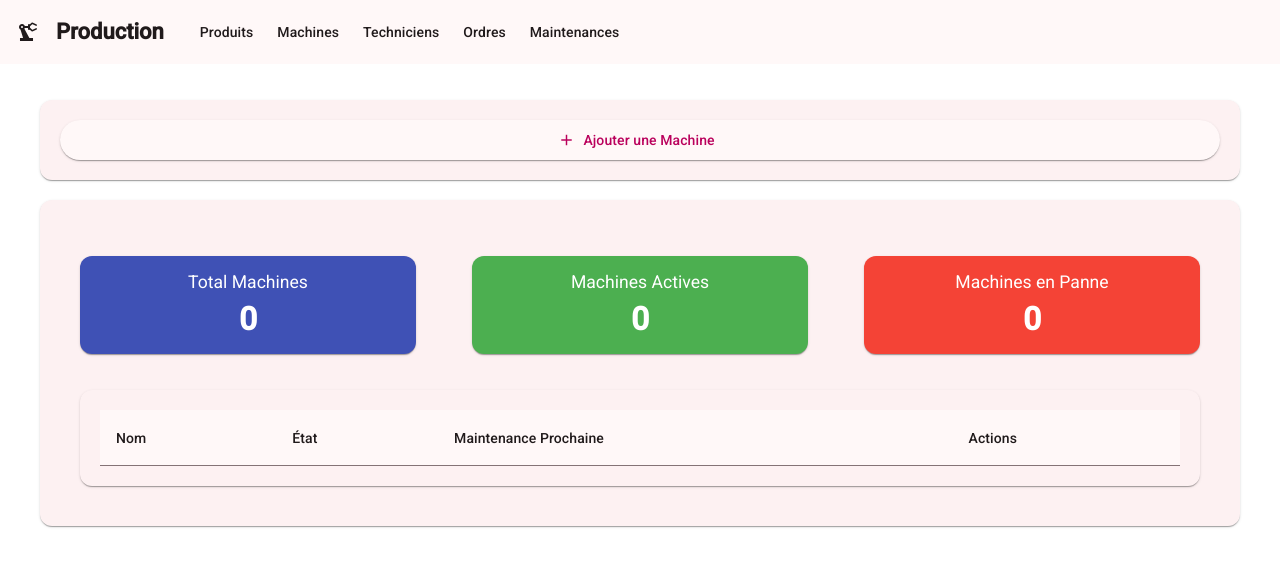
Repository: hadilXattia/Gestion_Production
Page: /machines (app in frontend-production/)
The author's editor kept a copy of each file at every save. The page is drawn from the files as they stood at one save, then again after the next save.
The browser window is 1280 px wide. The pictures show the whole page.
The page's requests for data from a server got no answer. The project was rebuilt for these pictures with package versions that can differ from the ones it lists, and the page was loaded fresh each time. No one was signed in, and anything a server would have sent is missing. Also part of the build but not shown: frontend-production/angular.json, frontend-production/src/app/components/produit/produit.component.ts, frontend-production/src/app/services/produit.service.ts, frontend-production/src/app/components/produit/ajouter-produit-dialog.component.ts, frontend-production/src/app/components/produit/produit-detail-dialog.component.ts, frontend-production/src/app/components/machine/ajouter-machine-dialog.component.ts, frontend-production/src/app/components/machine/machine-detail-dialog.component.ts, frontend-production/src/app/components/technicien/technicien.component.ts and 11 more.

Above is the page before, as saved 2025-05-11 18:53:31.

### frontend-production/src/index.html
<!doctype html>
<html lang="en">
<head>
  <meta charset="utf-8">
  <title>FrontendProduction</title>
  <base href="/">
  <meta name="viewport" content="width=device-width, initial-scale=1">
  <link rel="icon" type="image/x-icon" href="favicon.ico">
  <link href="https://fonts.googleapis.com/css2?family=Roboto:wght@300;400;500&display=swap" rel="stylesheet">
  <link href="https://fonts.googleapis.com/icon?family=Material+Icons" rel="stylesheet">
</head>
<body class="mat-typography">
  <app-root></app-root>
</body>
</html>

### frontend-production/src/main.ts
import { bootstrapApplication } from '@angular/platform-browser';
import { AppComponent } from './app/app.component';
import { provideHttpClient } from '@angular/common/http';
import { importProvidersFrom } from '@angular/core';
import { FormsModule } from '@angular/forms';
import { provideRouter } from '@angular/router';
import { routes } from './app/app.routes';

bootstrapApplication(AppComponent, {
  providers: [
    provideHttpClient(),
    importProvidersFrom(FormsModule),
    provideRouter(routes)
  ]
});

### frontend-production/src/app/app.component.ts
import { Component } from '@angular/core';
import { RouterOutlet } from '@angular/router';
import { NavbarComponent } from './components/navbar/navbar.component';

@Component({
  selector: 'app-root',
  standalone: true,
  imports: [NavbarComponent, RouterOutlet],
  template: `
    <app-navbar></app-navbar>
    <div style="padding: 20px">
      <router-outlet></router-outlet>
    </div>
  `
})
export class AppComponent {}

### frontend-production/src/app/app.routes.ts
import { Routes } from '@angular/router';
import { ProduitComponent } from './components/produit/produit.component';
import { MachineComponent } from './components/machine/machine.component';
import { TechnicienComponent } from './components/technicien/technicien.component';
import { OrdreFabricationComponent } from './components/ordre-fabrication/ordre-fabrication.component';
import { MaintenanceComponent } from './components/maintenance/maintenance.component';

export const routes: Routes = [
  { path: 'produits', component: ProduitComponent },
  { path: 'machines', component: MachineComponent },
  { path: 'techniciens', component: TechnicienComponent },
  { path: 'ordres', component: OrdreFabricationComponent },
  { path: 'maintenances', component: MaintenanceComponent },
  { path: '', redirectTo: 'produits', pathMatch: 'full' },
  { path: '**', redirectTo: 'produits' }
];

### frontend-production/src/app/components/navbar/navbar.component.ts
import { Component } from '@angular/core';
import { RouterModule } from '@angular/router';
import { CommonModule } from '@angular/common';
import { MatToolbarModule } from '@angular/material/toolbar';
import { MatButtonModule } from '@angular/material/button';
import { MatIconModule } from '@angular/material/icon';

@Component({
  selector: 'app-navbar',
  standalone: true,
  imports: [CommonModule, RouterModule, MatToolbarModule, MatButtonModule, MatIconModule],
  template: `
    <mat-toolbar color="primary">
      <mat-icon style="margin-right: 16px;">precision_manufacturing</mat-icon>
      <span style="margin-right: 24px; font-weight: bold;">Production</span>

      <button mat-button routerLink="/produits">Produits</button>
      <button mat-button routerLink="/machines">Machines</button>
      <button mat-button routerLink="/techniciens">Techniciens</button>
      <button mat-button routerLink="/ordres">Ordres</button>
      <button mat-button routerLink="/maintenances">Maintenances</button>
    </mat-toolbar>
  `
})
export class NavbarComponent {}

### frontend-production/src/app/components/machine/machine.component.ts
import { Component, OnInit } from '@angular/core';
import { MachineService } from '../../services/machine.service';
import { MatDialog } from '@angular/material/dialog';
import { AjouterMachineDialogComponent } from './ajouter-machine-dialog.component';

import { CommonModule } from '@angular/common';
import { FormsModule } from '@angular/forms';
import { MatTableModule } from '@angular/material/table';
import { MatButtonModule } from '@angular/material/button';
import { MatFormFieldModule } from '@angular/material/form-field';
import { MatInputModule } from '@angular/material/input';
import { MatCardModule } from '@angular/material/card';
import { MatIconModule } from '@angular/material/icon';
import { MatDialogModule } from '@angular/material/dialog';
import { NgFor } from '@angular/common';
import { MachineDetailDialogComponent } from './machine-detail-dialog.component';

@Component({
  selector: 'app-machine',
  standalone: true,
  imports: [
    CommonModule,
    FormsModule,
    NgFor,
    MatTableModule,
    MatButtonModule,
    MatFormFieldModule,
    MatInputModule,
    MatCardModule,
    MatIconModule,
    MatDialogModule,

  ],
  templateUrl: './machine.component.html',
  styleUrl: './machine.component.css'
})
export class MachineComponent implements OnInit {
  machines: any[] = [];

  constructor(
    private machineService: MachineService,
    private dialog: MatDialog
  ) {}

  ngOnInit() {
    this.loadMachines();
  }

  loadMachines() {
    this.machineService.getMachines().subscribe(data => {
      this.machines = data;
    });
  }

  get totalMachines(): number {
    return this.machines.length;
  }

  get machinesEnPanne(): number {
    return this.machines.filter(m => m.etat.toLowerCase() === 'en panne').length;
  }

  get machinesActives(): number {
    return this.machines.filter(m => m.etat.toLowerCase() === 'active').length;
  }

  openAjouterMachineDialog() {
    const dialogRef = this.dialog.open(AjouterMachineDialogComponent, {
      width: '400px'
    });

    dialogRef.afterClosed().subscribe(result => {
      if (result) {
        this.machineService.createMachine(result).subscribe(() => {
          this.loadMachines();
        });
      }
    });
  }

  openMachineDetailDialog(machine: any) {
    this.dialog.open(MachineDetailDialogComponent, {
      width: '400px',
      data: machine
    });
  }

  deleteMachine(id: number) {
    this.machineService.deleteMachine(id).subscribe(() => {
      this.loadMachines();
    });
  }
}

### frontend-production/src/app/components/machine/machine.component.html
<!-- Add Machine Button -->
<mat-card class="mt-4">
  <button mat-raised-button color="primary" (click)="openAjouterMachineDialog()">
    <mat-icon>add</mat-icon> Ajouter une Machine
  </button>
</mat-card>
<mat-card class="mt-4">
<div class="stat-container mt-4">
  <mat-card class="stat-card total">
    <div class="stat-title">Total Machines</div>
    <div class="stat-value">{{ totalMachines }}</div>
  </mat-card>

  <mat-card class="stat-card active">
    <div class="stat-title">Machines Actives</div>
    <div class="stat-value">{{ machinesActives }}</div>
  </mat-card>

  <mat-card class="stat-card panne">
    <div class="stat-title">Machines en Panne</div>
    <div class="stat-value">{{ machinesEnPanne }}</div>
  </mat-card>
</div>

<!-- OPTIONAL: Chart (pie) -->

<!-- Machine Table -->
<mat-card class="mt-4">
  <table mat-table [dataSource]="machines" class="mat-elevation-z8" style="width: 100%;">

    <!-- Nom Column -->
    <ng-container matColumnDef="nom">
      <th mat-header-cell *matHeaderCellDef> Nom </th>
      <td mat-cell *matCellDef="let machine"> {{ machine.nom }} </td>
    </ng-container>

    <!-- État Column -->
    <ng-container matColumnDef="etat">
      <th mat-header-cell *matHeaderCellDef> État </th>
      <td mat-cell *matCellDef="let machine"> {{ machine.etat }} </td>
    </ng-container>

<!-- Maintenance Column -->
<ng-container matColumnDef="maintenanceProchaine">
  <th mat-header-cell *matHeaderCellDef> Maintenance Prochaine </th>
<td mat-cell *matCellDef="let machine">
  {{ machine.maintenanceProchaine ? (machine.maintenanceProchaine | date:'yyyy-MM-dd') : 'Non planifiée' }}
</td></ng-container>

    <!-- Actions Column -->
    <ng-container matColumnDef="actions">
      <th mat-header-cell *matHeaderCellDef> Actions </th>
      <td mat-cell *matCellDef="let machine">
        <button mat-icon-button color="accent" (click)="openMachineDetailDialog(machine)">
          <mat-icon>info</mat-icon>
        </button>
        <button mat-icon-button color="warn" (click)="deleteMachine(machine.id)">
          <mat-icon>delete</mat-icon>
        </button>
      </td>
    </ng-container>

    <tr mat-header-row *matHeaderRowDef="['nom', 'etat', 'maintenanceProchaine', 'actions']"></tr>
    <tr mat-row *matRowDef="let row; columns: ['nom', 'etat', 'maintenanceProchaine', 'actions'];"></tr>

  </table>
</mat-card>

### frontend-production/src/app/components/machine/machine.component.css
.full-width {
  width: 100%;
}

.form-container {
  display: flex;
  flex-direction: column;
  gap: 15px;
}

mat-card {
  margin: 20px;
  padding: 20px;
}
.mt-4 {
  margin-top: 1rem;
}
.stat-container {
  display: flex;
  gap: 1rem;
  justify-content: space-between;
  flex-wrap: wrap;
}

.stat-card {
  flex: 1;
  min-width: 200px;
  text-align: center;
  padding: 1rem;
  border-radius: 12px;
  color: white;
}

.stat-card.total {
  background-color: #3f51b5;
}
.stat-card.active {
  background-color: #4caf50;
}
.stat-card.panne {
  background-color: #f44336;
}

.stat-title {
  font-size: 1.1rem;
  margin-bottom: 0.5rem;
}

.stat-value {
  font-size: 2rem;
  font-weight: bold;
}

### frontend-production/src/app/services/machine.service.ts
import { Injectable } from '@angular/core';
import { HttpClient } from '@angular/common/http';
import { Observable } from 'rxjs';

export interface Machine {
  id?: number;
  nom: string;
  etat: string;
  maintenanceProchaine: string; // ISO date string
}

@Injectable({
  providedIn: 'root'
})
export class MachineService {
  private apiUrl = 'http://localhost:8080/api/machines';

  constructor(private http: HttpClient) {}

  getMachines(): Observable<Machine[]> {
    return this.http.get<Machine[]>(this.apiUrl);
  }

  createMachine(machine: Machine): Observable<Machine> {
    return this.http.post<Machine>(this.apiUrl, machine);
  }

  updateMachine(id: number, machine: Machine): Observable<Machine> {
    return this.http.put<Machine>(`${this.apiUrl}/${id}`, machine);
  }

  deleteMachine(id: number): Observable<void> {
    return this.http.delete<void>(`${this.apiUrl}/${id}`);
  }
}

Loaded but not shown: frontend-production/src/styles.css (common file)

After the next save:
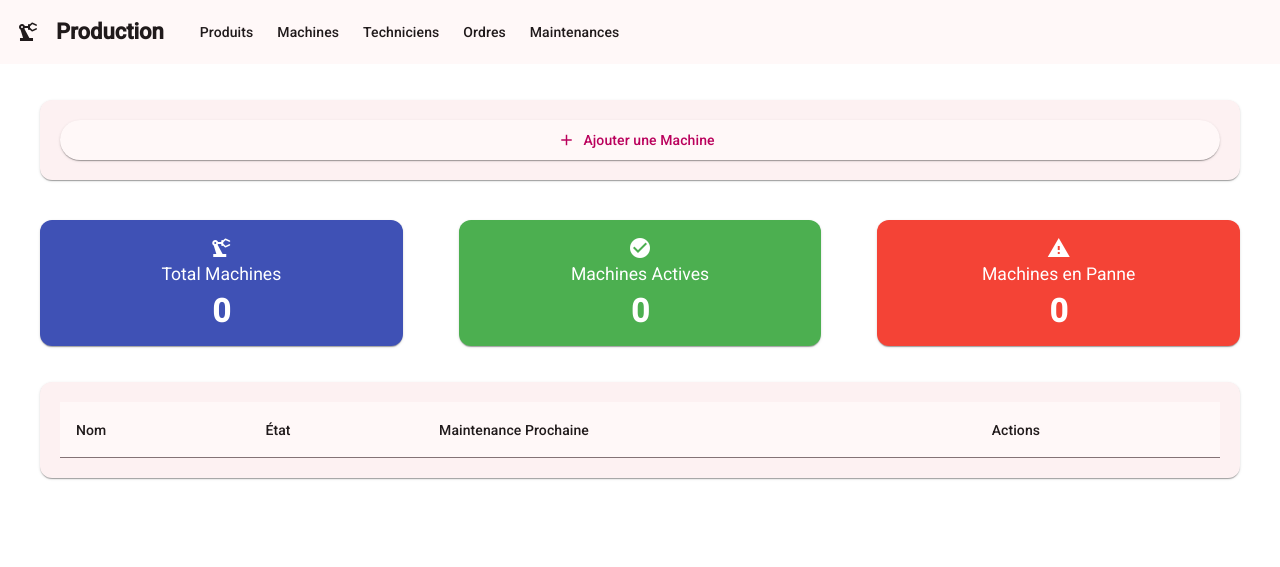
Saved 18 s later.
--- a/frontend-production/src/app/components/machine/machine.component.html
+++ b/frontend-production/src/app/components/machine/machine.component.html
@@ -4,19 +4,22 @@
     <mat-icon>add</mat-icon> Ajouter une Machine
   </button>
 </mat-card>
-<mat-card class="mt-4">
+<!-- Stat Cards -->
 <div class="stat-container mt-4">
-  <mat-card class="stat-card total">
+  <mat-card class="stat-card total mat-elevation-z4">
+    <div class="stat-icon"><mat-icon>precision_manufacturing</mat-icon></div>
     <div class="stat-title">Total Machines</div>
     <div class="stat-value">{{ totalMachines }}</div>
   </mat-card>
 
-  <mat-card class="stat-card active">
+  <mat-card class="stat-card active mat-elevation-z4">
+    <div class="stat-icon"><mat-icon>check_circle</mat-icon></div>
     <div class="stat-title">Machines Actives</div>
     <div class="stat-value">{{ machinesActives }}</div>
   </mat-card>
 
-  <mat-card class="stat-card panne">
+  <mat-card class="stat-card panne mat-elevation-z4">
+    <div class="stat-icon"><mat-icon>warning</mat-icon></div>
     <div class="stat-title">Machines en Panne</div>
     <div class="stat-value">{{ machinesEnPanne }}</div>
   </mat-card>
